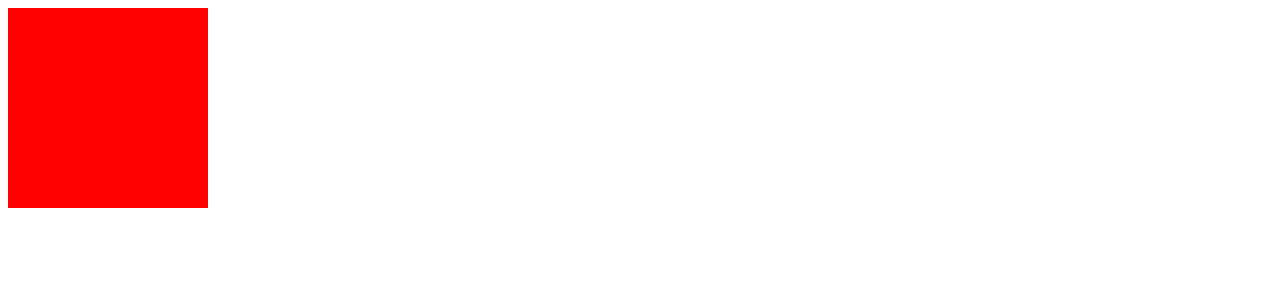
Repository: nonishi/jQuery-Lesson
Page: index.html
The author's editor kept a copy of each file at every save. The page is drawn from the files as they stood at one save, then again after a run of saves.
The browser window is 1280 px wide. The pictures show the whole page.

Above is the page before, as saved 2021-06-16 16:02:53.

After the next 2 saves:
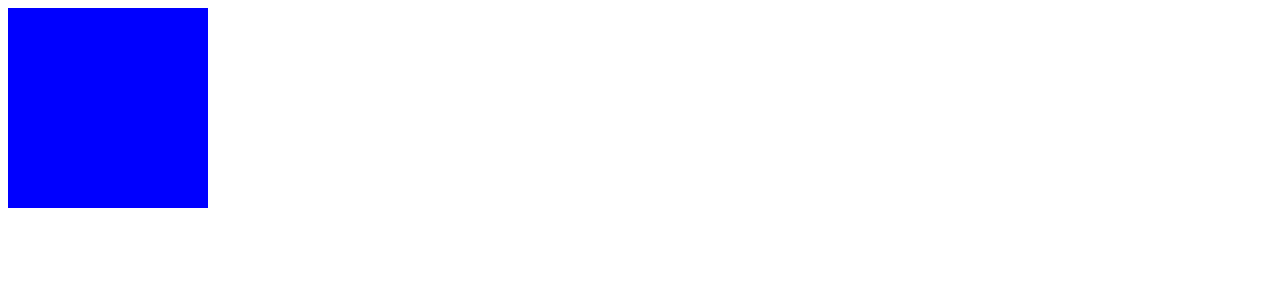
The 2 saves are shown as one change because they came seconds apart.
The last was saved 5 s later.
--- a/app.js
+++ b/app.js
@@ -1,4 +1,4 @@
 $(document).ready(function () {
   $('.box1').slideDown();
-  $('.box1').css({'background-color':'#'})
+  $('.box1').css({'background-color':'#00F'})
 });
